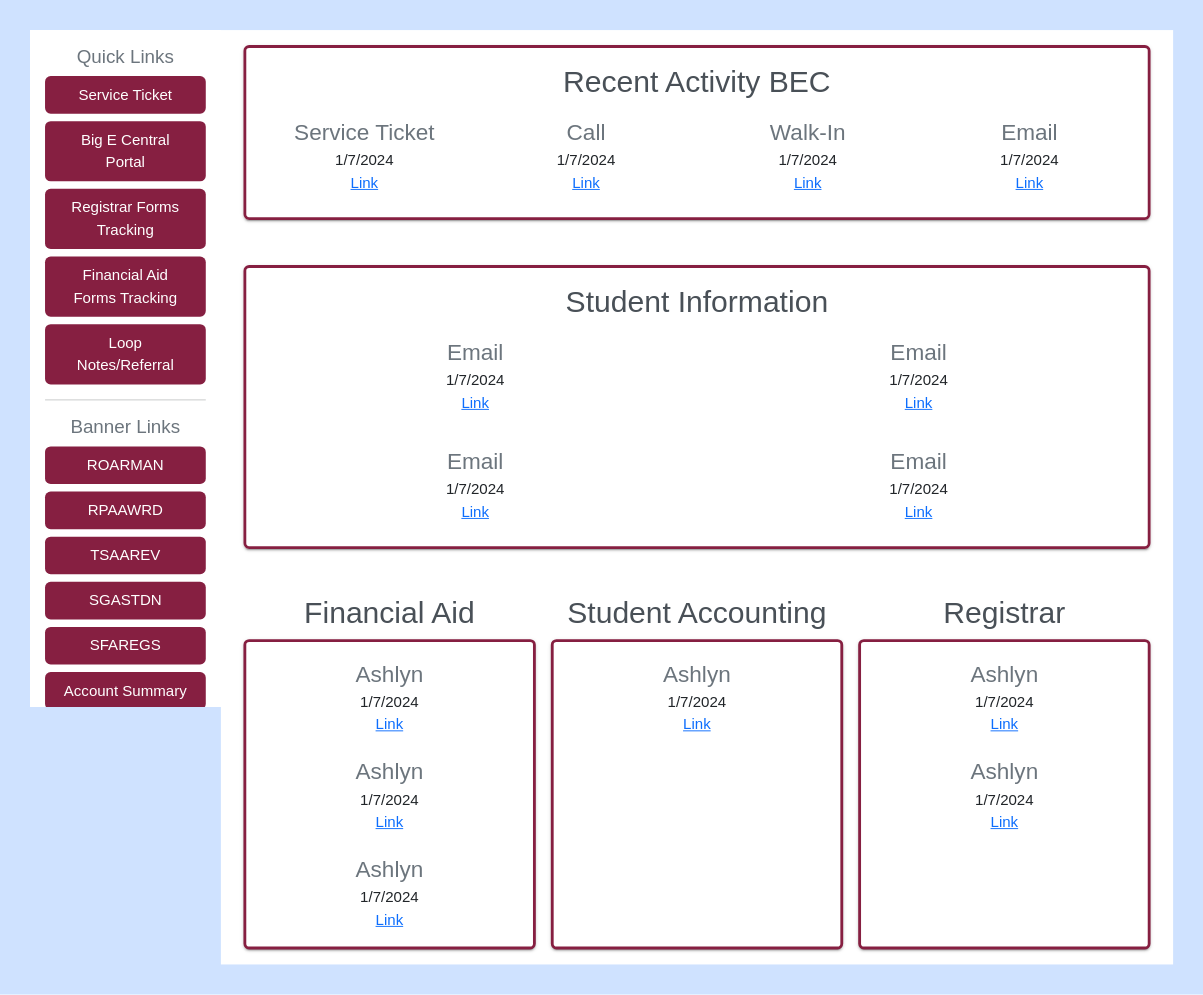
Repository: chancellor-w-whitaker/bec-tab
Page: /
These files come from the project's save history. The page is drawn as it stood at one moment and after the next save; the edit follows.
The browser window is 1280 px wide. The pictures show the whole page, at 94% of full size.
Some web fonts or font styles are not loaded; a fallback is used. The project was rebuilt for these pictures with package versions that can differ from the ones it lists, and the page was loaded fresh each time. Also part of the build but not shown: vite.config.js.

Above is the page before, as saved 2024-01-07 22:23:34.

After the next save:
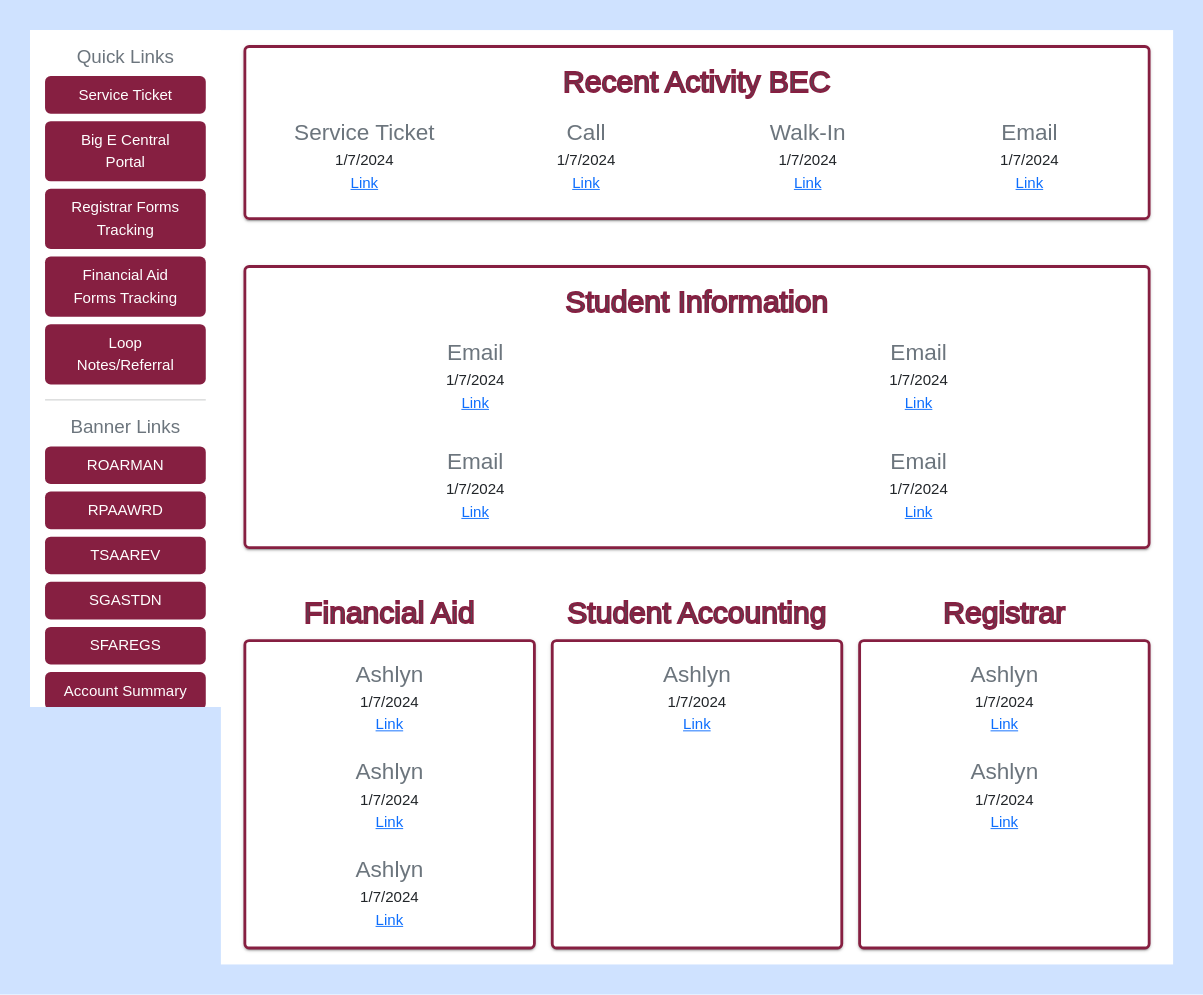
Saved 26 s later.
--- a/src/App.jsx
+++ b/src/App.jsx
@@ -41,7 +41,7 @@ const SomeBlock = ({
 const ShadowyTitle = ({ children = "Placeholder", className = "" }) => {
   return (
     <div
-      className={`fs-2 text-dark-emphasis lh-sm shadowy-title ${className}`.trimEnd()}
+      className={`fs-2 text-dark-emphasis lh-sm shadowy-title text-outline ${className}`.trimEnd()}
       // style={{ textShadow: `1px 1px 2px ${ekuMaroon}` }}
     >
       {children}
